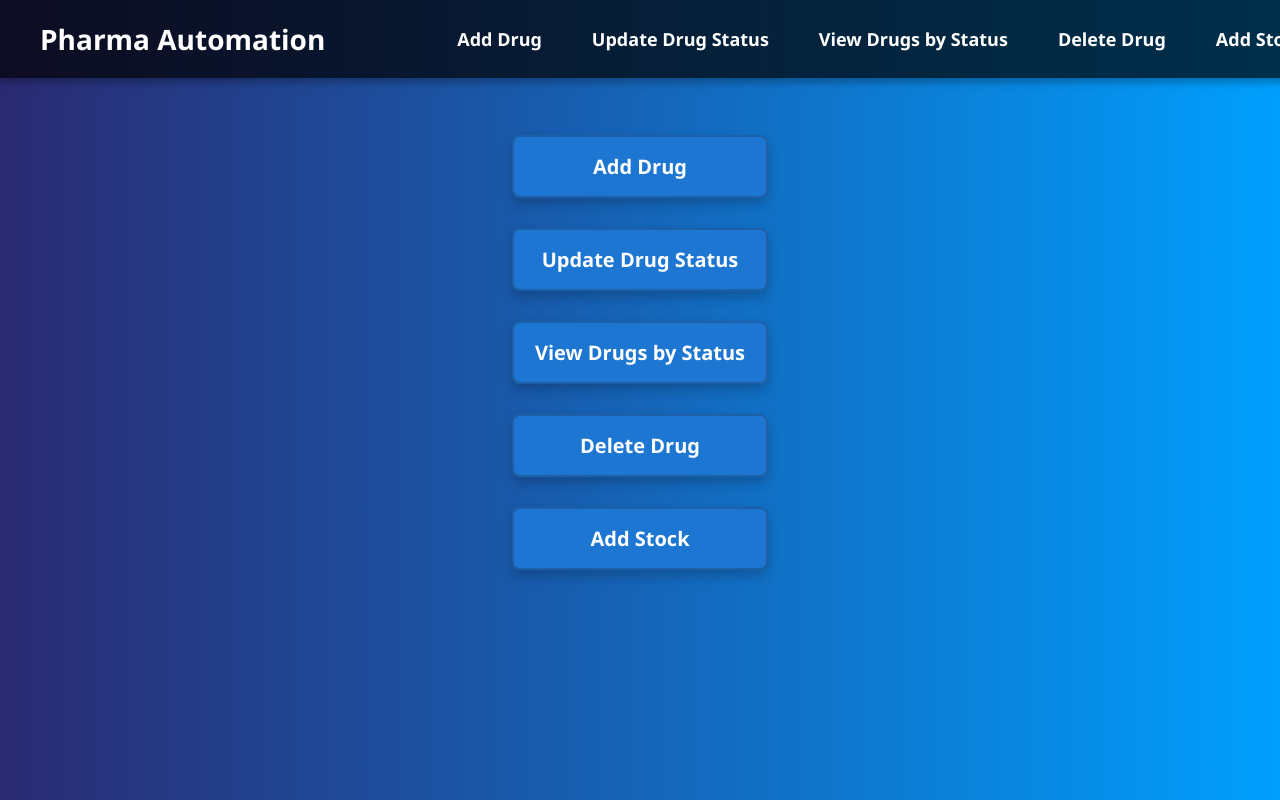
Repository: Clarrieous/Infosys-intern
Page: http://localhost/index
An editor plug-in stored every save of this project. The page is shown before and after the next save, followed by the edit.
The browser window is 1280 px wide. The pictures show the whole page.
The page is this project's Thymeleaf template; nobody is signed in. The template is opened directly, without the code that normally fills it, so the values that code supplies are empty.

Above is the page before, as saved 2024-12-08 12:25:57.

### ClientService/src/main/resources/templates/index.html
<!DOCTYPE html>
<html xmlns:th="http://www.thymeleaf.org">
<head>
    <meta charset="UTF-8">
    <meta name="viewport" content="width=device-width, initial-scale=1.0">
    <title>Pharma Automation System</title>
    <style>
        body {
            font-family: 'Segoe UI', Tahoma, Geneva, Verdana, sans-serif;
            margin: 0;
            padding: 0;
            background: linear-gradient(to right, #2a2a72, #009ffd);
            color: #fff;
            height: 100vh;
            display: flex;
            flex-direction: column;
            align-items: center;
            padding-top: 80px; /* Added space for the fixed navbar */
        }

        .navbar {
            width: 100%;
            position: fixed; /* Fix the navbar to the top */
            top: 0;
            left: 0;
            display: flex;
            justify-content: space-between;
            align-items: center;
            padding: 20px 40px;
            background-color: rgba(0, 0, 0, 0.7);
            box-shadow: 0 4px 8px rgba(0, 0, 0, 0.3);
            z-index: 1000; /* Ensure navbar stays on top */
        }

        .navbar h1 {
            margin: 0;
            font-size: 28px;
            font-weight: bold;
            color: #fff;
        }

        .navbar ul {
            list-style-type: none;
            margin: 0;
            padding: 0;
            display: flex;
        }

        .navbar ul li {
            margin-left: 20px;
        }

        .navbar ul li a {
            color: white;
            text-decoration: none;
            font-size: 18px;
            font-weight: 600;
            transition: color 0.3s;
            padding: 10px 15px;
            border-radius: 4px;
        }

        .navbar ul li a:hover {
            background-color: #1873b7;
            color: white;
        }

        .button-list {
            display: flex;
            flex-direction: column;
            justify-content: center;
            align-items: center;
            margin-top: 40px;
        }

        .button-list a {
            display: block;
            width: 220px;
            text-align: center;
            padding: 16px;
            margin: 15px 0;
            font-size: 20px;
            font-weight: bold;
            color: #fff;
            background-color: #1c76d2;
            text-decoration: none;
            border: 2px solid #1e60a8;
            border-radius: 8px;
            transition: all 0.3s ease;
            box-shadow: 0 6px 12px rgba(0, 0, 0, 0.2);
        }

        .button-list a:hover {
            background-color: #1873b7;
            color: white;
            transform: translateY(-5px);
            box-shadow: 0 8px 16px rgba(0, 0, 0, 0.3);
        }

        @media (max-width: 768px) {
            .navbar {
                flex-direction: column;
                align-items: flex-start;
                padding: 10px 20px;
            }

            .navbar ul {
                flex-direction: column;
                align-items: flex-start;
                margin-top: 10px;
            }

            .button-list a {
                width: 90%;
                font-size: 18px;
                padding: 14px;
            }
        }
    </style>
</head>
<body>

    <div class="navbar">
        <h1>Pharma Automation</h1>
        <ul>
            <li><a th:href="@{/addDrug}">Add Drug</a></li>
            <li><a th:href="@{/updateStatus}">Update Drug Status</a></li>
            <li><a th:href="@{/viewDrugStatus}">View Drugs by Status</a></li>
            <li><a th:href="@{/deleteDrug}">Delete Drug</a></li>
            <li><a th:href="@{/addStock}">Add Stock</a></li>
        </ul>
    </div>

    <div class="button-list">
        <a th:href="@{/addDrug}">Add Drug</a>
        <a th:href="@{/updateStatus}">Update Drug Status</a>
        <a th:href="@{/viewDrugStatus}">View Drugs by Status</a>
        <a th:href="@{/deleteDrug}">Delete Drug</a>
        <a th:href="@{/addStock}">Add Stock</a>
    </div>

</body>
</html>

After the next save:
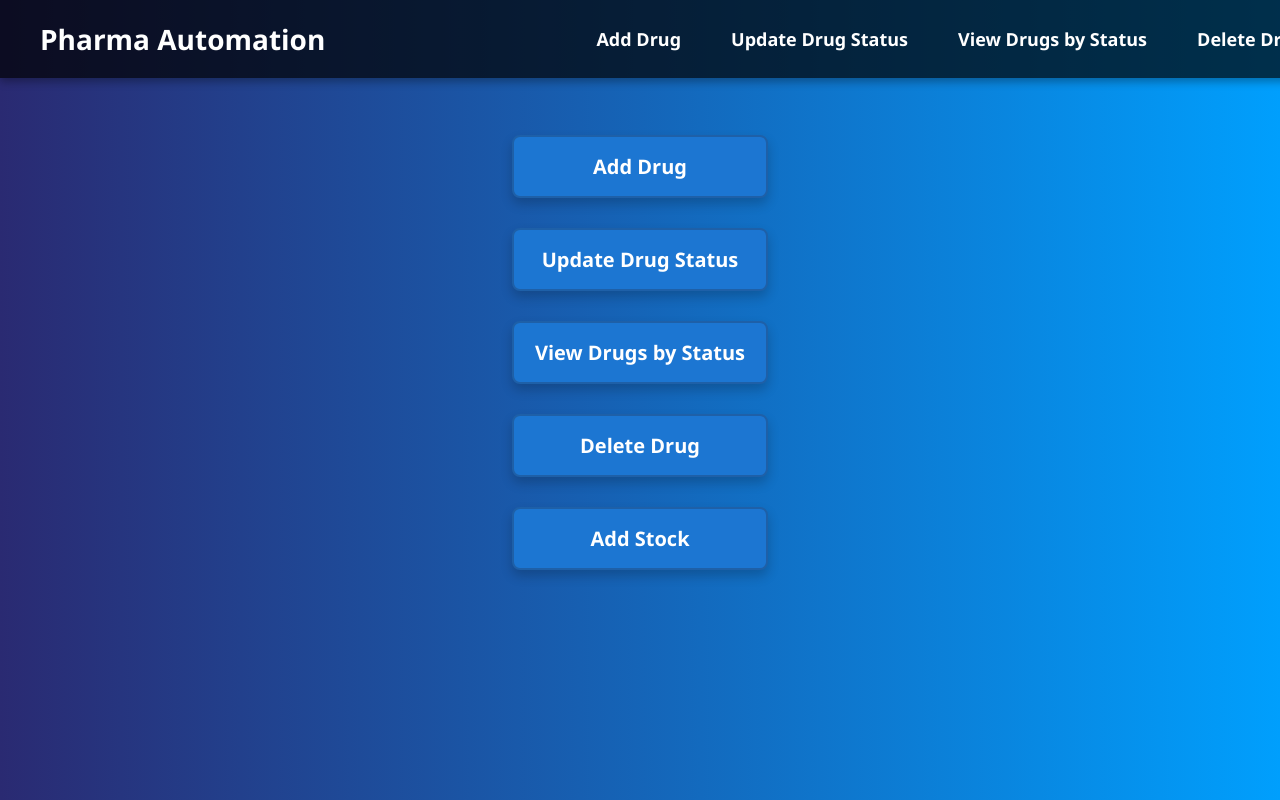
Saved 90 s later.
--- a/ClientService/src/main/resources/templates/index.html
+++ b/ClientService/src/main/resources/templates/index.html
@@ -127,7 +127,6 @@
             <li><a th:href="@{/updateStatus}">Update Drug Status</a></li>
             <li><a th:href="@{/viewDrugStatus}">View Drugs by Status</a></li>
             <li><a th:href="@{/deleteDrug}">Delete Drug</a></li>
-            <li><a th:href="@{/addStock}">Add Stock</a></li>
         </ul>
     </div>
 
